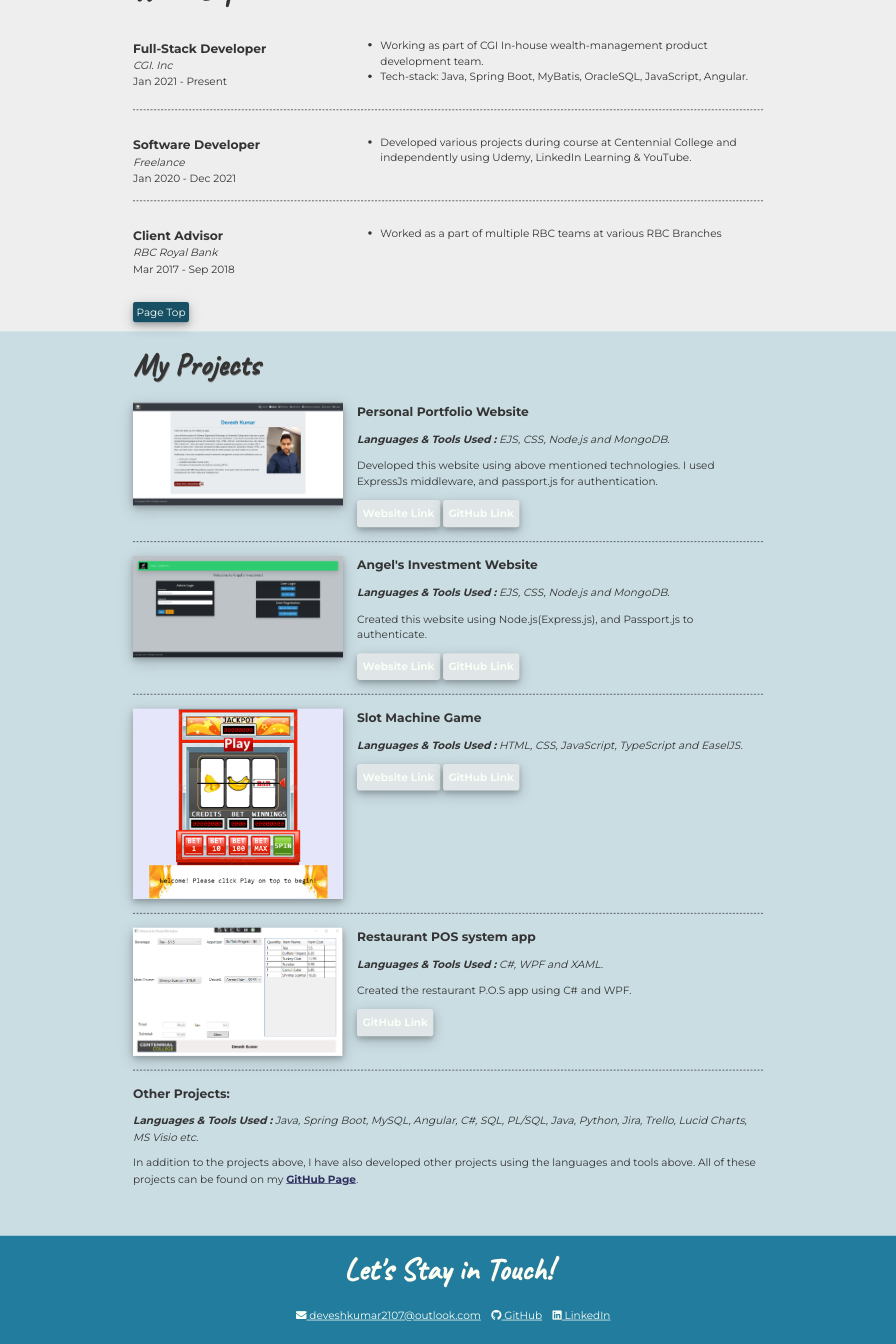
Repository: My-Web-Page/MyWebPage
Page: index.html
The author's editor kept a copy of each file at every save. The page is drawn from the files as they stood at one save, then again after the next save.
The browser window is 1280 px wide. The pictures show the part of the page from y = 1996 to 3916 px (the page is 3916 px tall), at 70% of full size.
Some web libraries are served in a nearby version.

Above is the page before, as saved 2023-04-11 08:57:29.

### index.html
<!DOCTYPE html>
<html lang="en">

<head>
    <meta charset="UTF-8">
    <meta name="viewport" content="width=device-width, initial-scale=1.0">
    <link href="./assets/images/favicon.ico" rel="icon" type="image/x-icon" />

    <title> Devesh Kumar : Full-Stack Developer</title>
    <link rel="preconnect" href="https://fonts.gstatic.com">
    <link href="https://fonts.googleapis.com/css2?family=Caveat&family=Montserrat:wght@400;700&display=swap" rel="stylesheet">
    <link rel="stylesheet" href="https://pro.fontawesome.com/releases/v5.10.0/css/all.css" integrity="sha384-AYmEC3Yw5cVb3ZcuHtOA93w35dYTsvhLPVnYs9eStHfGJvOvKxVfELGroGkvsg+p" crossorigin="anonymous" />

    <link rel="stylesheet" href="style.css">
</head>

<body>
    <main>
        <!-- ***********************  ABOUT / PROFILE  *********************** -->
        <header>
            <div class="container">
                <h1>Devesh Kumar</h1>
                <h2>Software Developer</h2>
            </div>
        </header>

        <nav id="navbar">
            <ul class="nav-ul">
                <li>
                    <a href="#about-me"><i class="fas fa-info-circle"></i>About Me</a> </li>
                <li>
                    <a href="#projects"><i class="fab fa-elementor"></i>Projects</a></li>
                <li>
                    <a href="#education"><i class="fas fa-graduation-cap"></i>Education</a></li>
                <li>
                    <a href="#work-experience"><i class="fas fa-briefcase"></i>Work Experience</a></li>
                <li>
                    <a href="#contact"><i class="fas fa-mobile-alt"></i>Contact Me</a></li>
            </ul>
        </nav>

        <!-- *********************About Me***********************  -->
        <section id="about-me">
            <div class="container">
                <h2>About Me</h2>
                <p>Hello & Welcome! I am an experienced Software-Developer with over 3 years of software development experience. Graduate of Software Engineering Technician program from Centennial College. I have worked with various programming languages
                    and tools. Given below are the details: </p>
                <div class="grid-container">
                    <div class="grid-item">
                        <h3>Languages & tools</h3>
                        <p> Java, Spring Boot, Maven, Junit, OracleSQL, MyBatis, JavaScript, React, Linux, Git, Jira, Agile, Data Structures</p>
                    </div>

                    <div class="grid-item">
                        <h3>Familiar / also work with</h3>
                        <p>Java, Spring Boot, C#, HTML/CSS, Bootstrap, Angular, Node.js, MongoDB, Shell Scripting, UML, MVC</p>
                    </div>
                </div>
                <p>I have also developed grasp over software engineering concepts such as Agile, SDLC models, Agile Project Management Concepts. I have also developed multiple projects using Java, Spring Boot, JavaScript, React, Node.js, HTML, CSS, C#, OracleSQL,
                    MySql, MyBatis, MongoDB and other tools. Additionally, I have also completed some investment management courses/certifications in the past and grown my knowledge in the sector.</p>

            </div>
        </section>

        <!-- *********************Pop-Ups***********************  -->
        <section class="popup-wrapper" id="popup">
            <div class="container">
                <p><button class="popup-close">Close</button></p>
                <img id="popup-img" alt="finalproject popup">
            </div>
        </section>


        <!-- ******************  EDUCATION & CERTIFICATIONS ****************** -->
        <section id="education" class="education">
            <div class="container item-details">

                <h2>Education</h2>

                <section>
                    <h3>Software Engineering Technician Diploma</h3>
                    <p>Centennial College, Toronto ON, 2020-2021</p>
                    <p>4 semesters full-time software engineering diploma program </p>
                </section>

                <section>
                    <h3>Java Full-Stack Developer Bootcamp, Stackroute NIIT</h3>
                    <p>Jan 2021 - Apr 2022</p>
                    <p>Java, Spring Boot, Angular, MySQL</p>
                </section>

                <br>
                <h2>Certifications</h2>
                <section>
                    <h3>Modern JavaScript (Complete guide, from Novice to Ninja)</h3>
                    <p>Udemy May 2021 : The Net Ninja (Shaun Pelling)</p>
                </section>
                <section>
                    <h3>JavaScript: Understanding the Weird Parts</h3>
                    <p>Udemy June 2021 : Anthony Alicea</p>
                </section>
                <section>
                    <h3>Modern React with Redux</h3>
                    <p>Udemy July 2021 : Stephen Grider</p>
                </section>
                <section>
                    <h3>React, NodeJS, Express & MongoDB - The MERN Fullstack Guide</h3>
                    <p>Udemy Aug 2021 : Academind by Maximilian Schwarzmüller</p>
                </section>
                <section>
                    <h3>Data Structures/Algorithms, Git & GitHub essentials, C# Essencials, HTML and CSS Essentials</h3>
                    <p>LinkedIn Learning, May 2021 - Sep 2021 </p>
                </section>
                <section>
                    <h3>Chartered Financial Analyst – CFA Level 1 Passed</h3>
                    <p>CFA Institute, 2018</p>
                </section>
                <br>
                <section class="csc">
                    <h3>Canadian Securities Course (CSC) &</h3>
                    <h3>Derivatives Fundamentals and Options Licensing (DFOL)</h3>
                    <p>Canadian Securities Institute, 2017-2019 </p>
                </section>

            </div>
        </section>

        <!-- ***********************  WORK EXPERIENCE  *********************** -->
        <section id="work-experience" class="work-experience">
            <div class="container item-details divider">
                <h2>Work Experience</h2>

                <!-- Job 1 -->
                <section class="job-item">
                    <div class="job-details">
                        <h3>Full-Stack Developer</h3>
                        <p>CGI. Inc</p>
                        <p>Jan 2021 - Present</p>
                    </div>
                    <div class="job-summary">
                        <ul>
                            <li>Working as part of CGI In-house wealth-management product development team.</li>
                            <li>Tech-stack: Java, Spring Boot, MyBatis, OracleSQL, JavaScript, Angular.</li>
                        </ul>
                    </div>
                </section>

                <!-- Job 2 -->
                <section class="job-item">
                    <div class="job-details">
                        <h3>Software Developer</h3>
                        <p>Freelance</p>
                        <p>Jan 2020 - Dec 2021</p>
                    </div>
                    <div class="job-summary">
                        <ul>
                            <li>Developed various projects during course at Centennial College and independently using Udemy, LinkedIn Learning & YouTube.
                            </li>
                        </ul>

                    </div>
                </section>

                <!-- Job 3 -->
                <section class="job-item">
                    <div class="job-details">
                        <h3>Client Advisor</h3>
                        <p>RBC Royal Bank</p>
                        <p>Mar 2017 - Sep 2018</p>
                    </div>
                    <div class="job-summary">
                        <ul>
                            <li>Worked as a part of multiple RBC teams at various RBC Branches</li>
                        </ul>

                    </div>
                </section>
                <a class="top-btn" href="#top">Page Top</a>

            </div>
        </section>

        <!-- ********************  PROJECTS / PORTFOLIO  ********************* -->
        <section id="projects" class="projects">
            <div class="container divider">
                <h2>My Projects</h2>
                <!-- Project 1 -->
                <section class="project-item clearfix">
                    <img class="project-image" src="./assets/images/assignment_2.png" alt="Portfolio Assignment Using Node.js, Bootstrap, EJS and MongoDB">
                    <h3>Personal Portfolio Website</h3>
                    <p> <strong>Languages & Tools Used :</strong> EJS, CSS, Node.js and MongoDB.</p>
                    <p>Developed this website using above mentioned technologies. I used ExpressJs middleware, and passport.js for authentication.</p>
                    <a class="btn" href="https://comp229-asnmt2.herokuapp.com/home" target="_blank">Website Link</a>
                    <a class="btn" href="https://github.com/portretrieve/Assignment_2" target="_blank">GitHub Link</a>
                </section>

                <!-- Project 2 -->
                <section class="project-item clearfix">
                    <img class="project-image" src="./assets/images/final_project.png" alt="Final Project Using Node.js, Bootstrap, EJS and MongoDB">
                    <h3>Angel's Investment Website</h3>
                    <p> <strong>Languages & Tools Used :</strong> EJS, CSS, Node.js and MongoDB.</p>
                    <p>Created this website using Node.js(Express.js), and Passport.js to authenticate.</p>
                    <a class="btn" href="https://angelinvestfinal.herokuapp.com/" target="_blank">Website Link</a>
                    <a class="btn" href="https://github.com/Angel-Investor/AngelInvestor-Web-App" target="_blank">GitHub Link</a>
                </section>

                <!-- Project 3 -->
                <section class="project-item clearfix">
                    <img class="project-image" src="./assets/images/slot-machine.png" alt="Casino slot machine game using HTML, CSS, JavaScript, TypeScript and EaselJS">
                    <h3>Slot Machine Game</h3>
                    <p> <strong>Languages & Tools Used :</strong> HTML, CSS, JavaScript, TypeScript and EaselJS.</p>
                    <a class="btn" href="https://portretrieve.github.io/COMP125-Assignment-4-CreateJS-Slot-Machine/" target="_blank">Website Link</a>
                    <a class="btn" href="https://github.com/portretrieve/COMP125-Assignment-4-CreateJS-Slot-Machine" target="_blank">GitHub Link</a>
                </section>

                <!-- Project 4 -->
                <section class="project-item clearfix">
                    <img class="project-image" src="./assets/images/restaurant_app.png" alt="Restaurant app using C# WPF MVVM">
                    <h3>Restaurant POS system app</h3>
                    <p> <strong>Languages & Tools Used :</strong> C#, WPF and XAML.</p>
                    <p>Created the restaurant P.O.S app using C# and WPF.</p>
                    <a class="btn" href="https://github.com/portretrieve/Restaurant_app" target="_blank">GitHub Link</a>
                </section>
                <section>
                    <h3>Other Projects: </h3>
                    <p> <strong>Languages & Tools Used :</strong> Java, Spring Boot, MySQL, Angular, C#, SQL, PL/SQL, Java, Python, Jira, Trello, Lucid Charts, MS Visio etc. </p>
                    <p>In addition to the projects above, I have also developed other projects using the languages and tools above. All of these projects can be found on my <span><a href="https://github.com/portretrieve" target="_blank">GitHub Page</a>.</span></p>
                </section>
            </div>
        </section>
        <!-- *****************  CONTACT INFO / SOCIAL MEDIA  ***************** -->
        <footer>
            <div id="contact" class="container">
                <h2>Let's Stay in Touch!</h2>
                <!-- Social media and contact links. Add or remove any networks. -->
                <ul class="contact-list">
                    <li><a href="mailto:deveshkumar2107@hotmail.com"><i class="fas fa-envelope"></i>&nbsp;deveshkumar2107@outlook.com</a></li>
                    <li><a href="https://github.com/portretrieve" target="_blank"><i class="fab fa-github"></i>&nbsp;GitHub</a></li>
                    <li><a href="https://www.linkedin.com/in/devesh-kumar-2aa03b64/" target="_blank"><i class="fab fa-linkedin"></i>&nbsp;LinkedIn</a></li>
                </ul>
            </div>
        </footer>
    </main>
    <script src="./script.js"></script>
</body>

</html>

### style.css
    /*
COLOR PALETTE
https://coolors.co/f7fff7-343434-2f3061-ffe66d-a1c6d7
#F7FFF7 - almost white
#343434 - dark gray - almost black
#2F3061 - blue dark
#FFE66D - yellow
#A1C6D7 - blue light
*/
    /* Global styles
------------------------------------*/

    html {
        box-sizing: border-box;
        scroll-behavior: smooth;
        --header-height: 75px;
        scroll-padding-top: var(--header-height);
    }

    *,
    *:before,
    *:after {
        box-sizing: inherit;
    }

    body {
        color: #343434;
        margin: 0;
        padding: 0;
        font-family: 'Montserrat', sans-serif;
        font-size: 15px;
        line-height: 1.5;
    }

    .clearfix::after {
        content: "";
        clear: both;
        display: table;
    }

    .project-image {
        width: 300px;
        text-shadow: gray 2px 2px 2px;
        box-shadow: 0 4px 8px 0 rgba(0, 0, 0, 0.2), 0 6px 20px 0 rgba(0, 0, 0, 0.19);
        cursor: pointer;
    }

    .project-image:hover {
        transform: scale(1.02);
    }

    a {
        color: #F7FFF7;
    }

    a:hover {
        text-decoration: none;
    }

    h1 {
        font-size: 100px;
        line-height: .9;
        margin-top: 120px;
        margin-bottom: 0;
        text-shadow: gray 1px 1px 1px;
    }

    h2 {
        font-size: 45px;
        text-shadow: gray .5px .5px .5px;
    }

    h1,
    h2 {
        font-family: 'Caveat', cursive;
        font-weight: 600px;
    }

    h2 {
        margin: 0;
        margin-bottom: 20px;
    }

    .container {
        max-width: 900px;
        width: 80%;
        margin: 0 auto;
        padding: 15px 0;
    }

    h3 {
        margin-bottom: 0;
    }

    h3+p {
        font-style: italic;
    }

    .item-details h3~p {
        margin: 0;
    }

    .divider>section {
        border-bottom: 1px dashed #343434;
        margin-bottom: 20px;
        padding-bottom: 20px;
    }

    .divider>section:last-of-type {
        border-bottom: none;
    }
    /*****Nav*****/

    nav {
        background-color: #227C9D;
        padding: 5px 0;
        position: relative;
        height: var(--header-height);
    }

    @supports (position: sticky) {
        nav {
            position: sticky;
            top: 0;
        }
    }

    .nav-ul li {
        list-style-type: none;
    }

    .nav-ul li:hover {
        transform: scale(1.02);
    }

    .nav-ul li a {
        text-decoration: none;
        font-size: 18px;
    }

    .top-btn {
        background-color: #174F64;
        color: #F7FFF7;
        padding: 5px;
        text-decoration: none;
        border-radius: 3px;
        box-shadow: 0 4px 8px 0 rgba(0, 0, 0, 0.2), 0 6px 20px 0 rgba(0, 0, 0, 0.19);
    }

    .top-btn:hover {
        background-color: #1E6A85;
        transform: scale(1.01);
    }
    /*************Popup**********/

    .popup-wrapper {
        background: rgba(0, 0, 0, 0.5);
        position: fixed;
        top: 0;
        left: 0;
        width: 100%;
        height: 100%;
        display: flex;
        flex-direction: column;
        justify-content: center;
        text-align: center;
        display: none;
    }

    #popup-img {
        max-width: 100%;
        flex: 1 1 0;
    }

    .popup-close {
        cursor: pointer;
    }

    .popup-wrapper p {
        text-align: center;
        margin: 150px 0 0 0;
    }

    .popup-wrapper p button {
        text-align: center;
        background: crimson;
        font-size: 15px;
        border-radius: 4px;
        padding: 10px;
        color: white;
    }
    /*****About Me******/

    #about-me {
        background-color: #EEE;
    }

    .grid-container {
        color: #F7FFF7;
        box-shadow: 0 4px 8px 0 rgba(0, 0, 0, 0.2), 0 6px 20px 0 rgba(0, 0, 0, 0.19);
    }

    .grid-container .grid-item {
        background-color: #227C9D;
        padding: 0 20px;
        font-size: 16px;
    }

    .grid-container .grid-item:hover {
        transform: scale(1.01);
    }

    #my-page-repo {
        color: #343434;
    }
    /* Profile
------------------------------------*/

    header {
        color: #643C2B;
    }
    /* Projects
------------------------------------*/

    .projects {
        background: #CADDE3;
    }

    .projects a {
        color: #2f315f;
        font-weight: bold;
    }

    .projects .btn {
        color: #F7FFF7;
        background: #e0e5e7;
        text-decoration: none;
        padding: 8px;
        border-radius: 4px;
        display: inline-block;
        box-shadow: 0 4px 8px 0 rgba(0, 0, 0, 0.2), 0 6px 20px 0 rgba(0, 0, 0, 0.19);
    }

    .projects .btn:hover {
        background-color: #1E6A85;
        transform: scale(1.01);
    }

    .project-item h3 {
        margin-top: 0;
    }
    /* Work Experience
------------------------------------*/

    .work-experience {
        background: #EEE;
    }
    /* Education
------------------------------------*/

    .education {
        background-image: url(./assets/images/leone-venter-VieM9BdZKFo-unsplash.jpg);
        background-size: cover;
        background-position: bottom left;
        padding-bottom: 20px;
    }

    .education p {
        width: 60%;
    }

    .csc h3 {
        margin-top: 0;
        margin-bottom: 0;
    }
    /* Contact Info
------------------------------------*/

    footer {
        background: #227C9D;
        color: #F7FFF7;
    }

    .contact-list {
        list-style-type: none;
        padding: 0;
    }

    .contact-list a {
        margin-left: 15px;
    }
    /* Responsive
---------------------------------------*/

    @media (min-width:750px) {
        .project-item img {
            margin-right: 20px;
            float: left;
        }
        .job-item {
            display: grid;
            grid-template-columns: 1fr 2fr;
            column-gap: 20px;
            row-gap: 10px;
        }
        header {
            background-image: url(./assets/images/georgie-cobbs-bKjHgo_Lbpo-unsplash.jpg);
            background-repeat: no-repeat;
            background-size: cover;
            height: 500px;
            background-position: bottom;
        }
        header,
        footer {
            text-align: center;
        }
        .contact-list {
            display: flex;
            justify-content: center;
        }
        .nav-ul {
            display: flex;
            flex-wrap: wrap;
            justify-content: center;
        }
        .nav-ul li {
            margin: 0 15px;
        }
        .grid-container {
            display: grid;
            grid-template-columns: 1fr 1fr;
            grid-gap: 10px;
        }
    }

    @media (max-width:749px) {
        header {
            background-color: #FEF9EF;
            text-align: center;
            padding-bottom: 10px;
        }
        h1 {
            font-size: 75px;
            margin-top: 15px;
        }
        h1,
        h2 {
            line-height: .9;
            margin-bottom: 15px;
        }
        nav {
            height: 250px;
        }
        .contact-list li {
            padding-bottom: 10px;
        }
        .nav-ul {
            text-align: left;
        }
        .nav-ul li {
            margin-bottom: 20px;
        }
        .grid-container .grid-item {
            padding: 10px;
            margin-top: 10px;
        }
    }

### script.js
let images = document.querySelectorAll(".project-image");

let popup = document.querySelector("#popup");
let popupImage = document.querySelector("#popup-img");

images.forEach((image) => {
  image.addEventListener("click", (e) => {
    popupImage.src = e.target.src;
    popup.style.display = "block";
  });
});

popup.addEventListener("click", (event) => {
  if (event.target === popupImage) {
    return;
  }
  popup.style.display = "none";
});

After the next save:
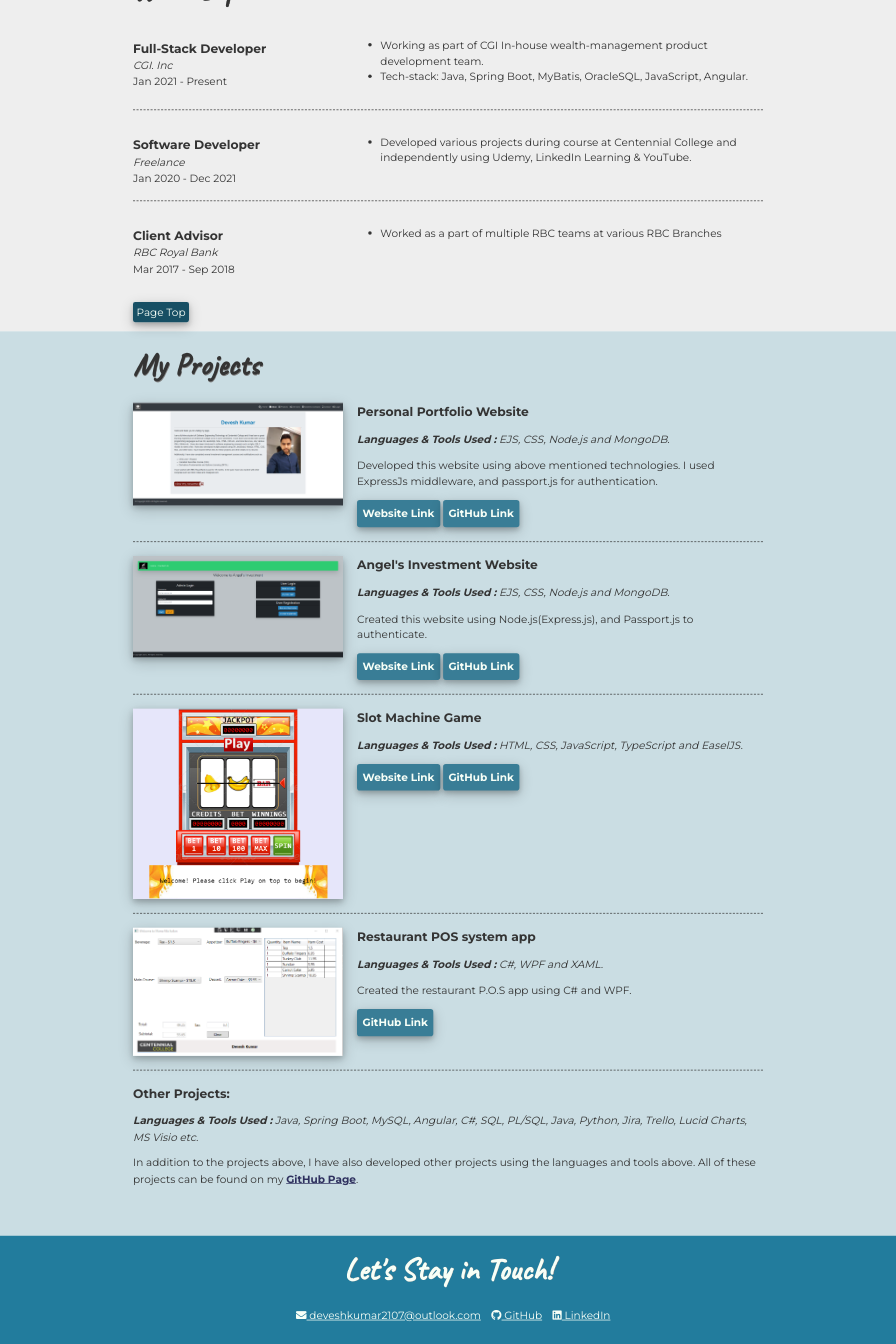
Saved 12 s later.
--- a/style.css
+++ b/style.css
@@ -233,7 +233,7 @@ https://coolors.co/f7fff7-343434-2f3061-ffe66d-a1c6d7
 
     .projects .btn {
         color: #F7FFF7;
-        background: #e0e5e7;
+        background: #397d96;
         text-decoration: none;
         padding: 8px;
         border-radius: 4px;
